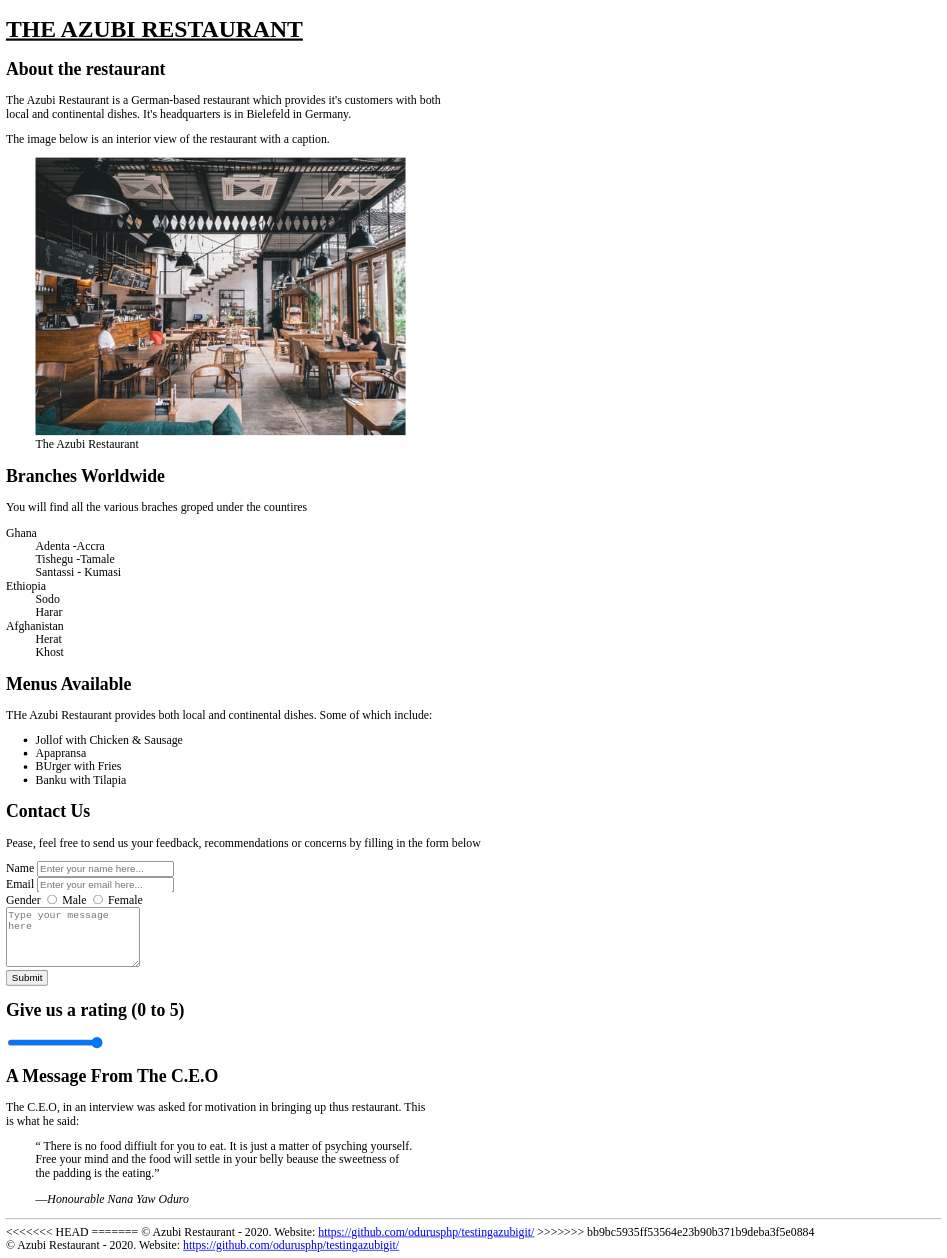
Repository: odurusphp/testingazubigit
Page: Fortune/FortunatusWulnye.html
These files come from the project's save history. The page is drawn as it stood at one moment and after the next save; the edit follows.
The browser window is 1280 px wide. The pictures show the whole page, at 74% of full size.

Above is the page before, as saved 2020-07-29 12:12:38.

After the next save:
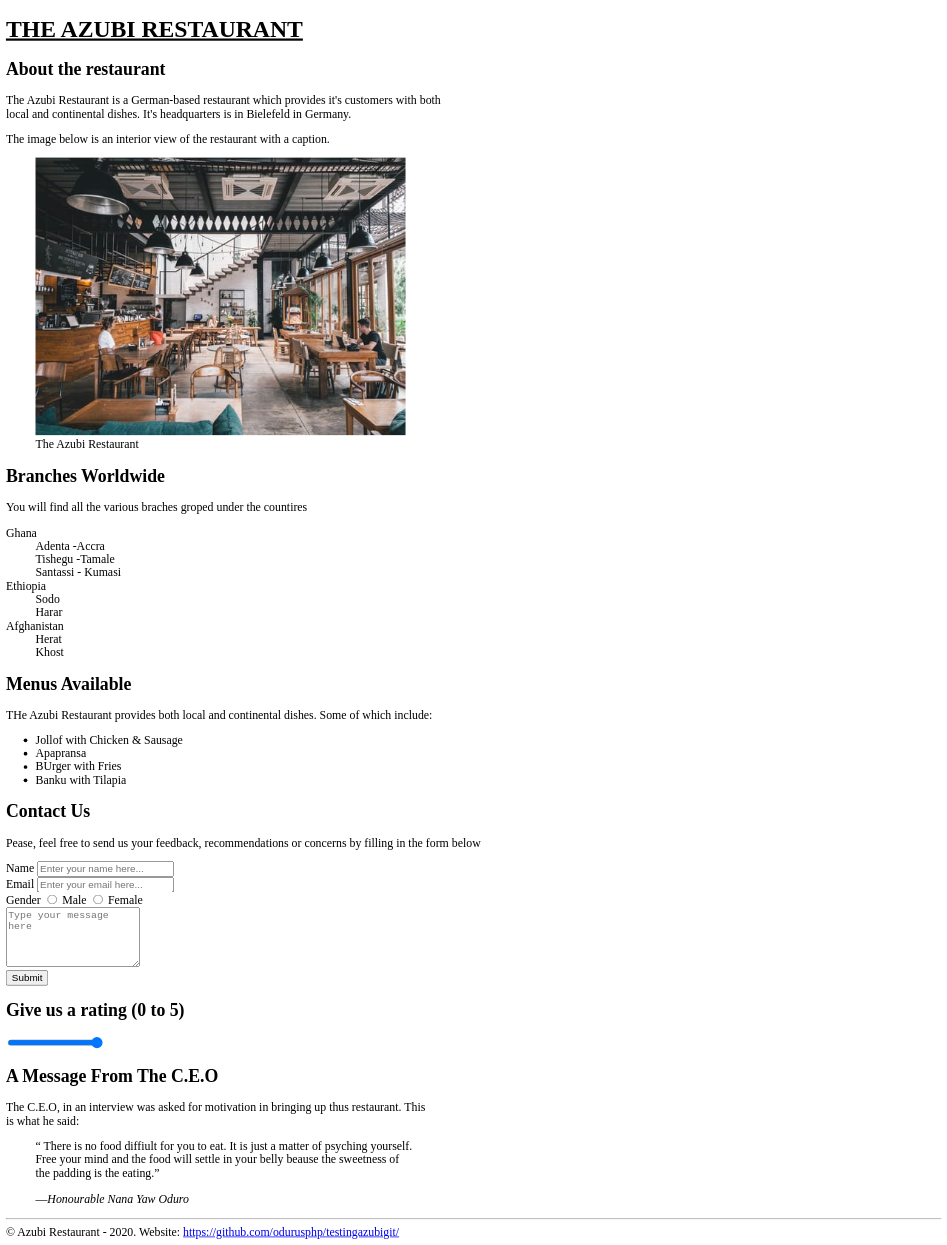
Saved 21 h 46 min later.
--- a/Fortune/FortunatusWulnye.html
+++ b/Fortune/FortunatusWulnye.html
@@ -114,17 +114,10 @@
            </P>
         </div>
         <hr />
-<<<<<<< HEAD
-=======
-  <!--THE FOOTER WAS LEFT OUT IT WOULD HAVE BEEN GREAT IF YOU HAD IMPLEMENTED THAT ALSO INDEPENDENT OF THE CEO MESSAGE-->
-  &copy; Azubi Restaurant - 2020. Website: <a
-  href="https://github.com/odurusphp/testingazubigit/">https://github.com/odurusphp/testingazubigit/</a>
->>>>>>> bb9bc5935ff53564e23b90b371b9deba3f5e0884
 
         <footer>
           &copy; Azubi Restaurant - 2020. Website: <a
           href="https://github.com/odurusphp/testingazubigit/">https://github.com/odurusphp/testingazubigit/</a>
-
         </footer>
       </div>
     </div>
